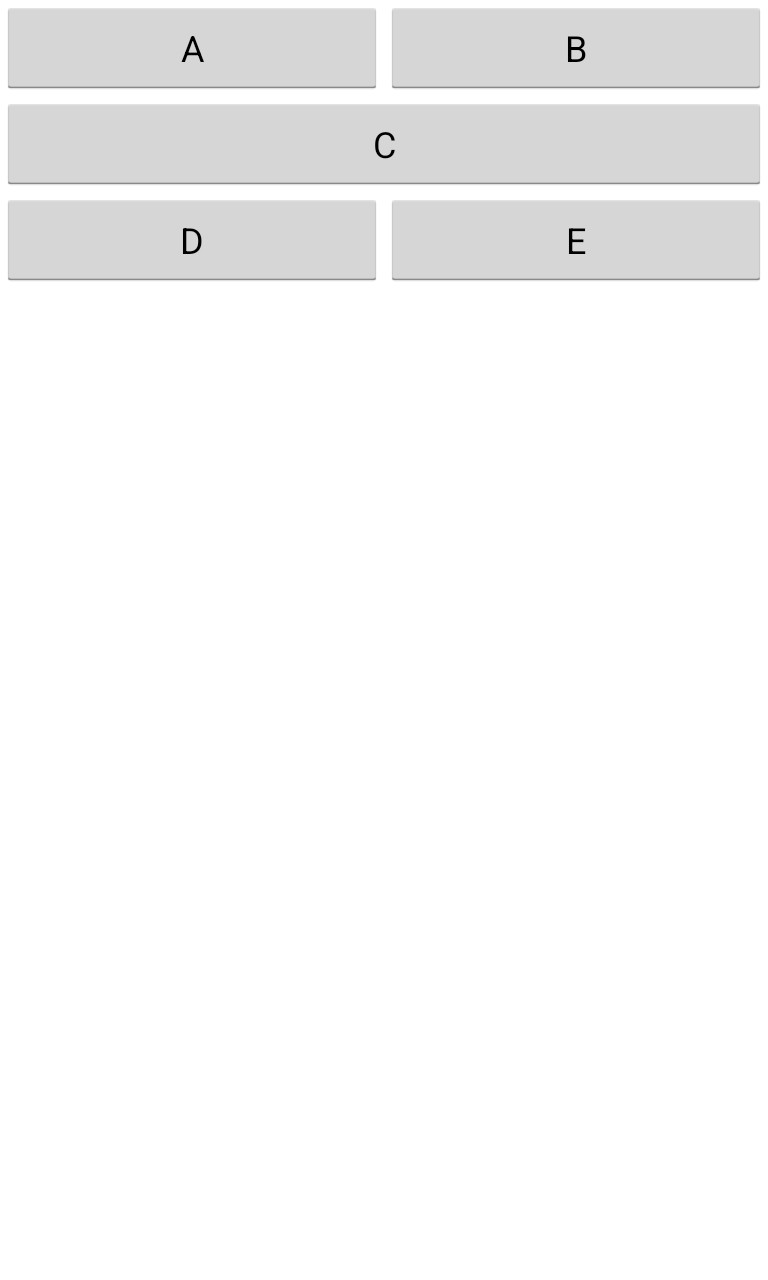
Repository: iracom/ejercicios-android
Layout: Layouts/res/layout/activity_relative.xml
These files come from the project's save history. The layout is drawn as it stood at one moment and after the next save; the edit follows.
It is drawn on a 768 x 1280 px phone screen (xhdpi) without system bars, with theme AppTheme; the app's code is not run.

Above is the layout before, as saved 2014-05-07 07:31:06.

After the next save:
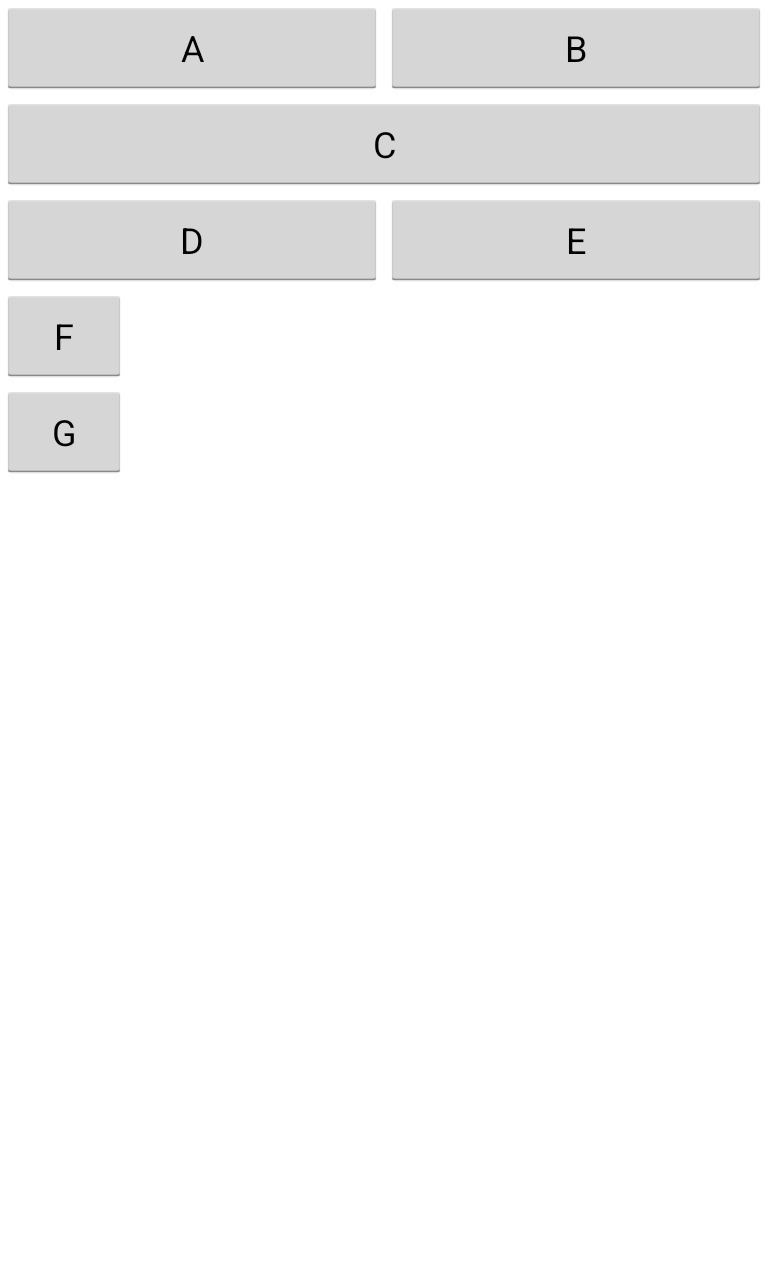
Saved 2 min 12 s later.
--- a/Layouts/res/layout/activity_relative.xml
+++ b/Layouts/res/layout/activity_relative.xml
@@ -32,11 +32,12 @@
         android:layout_height="wrap_content"
         android:layout_alignParentLeft="true"
         android:layout_alignParentRight="true"
+        android:layout_below="@+id/linearLayout1"
         android:layout_centerHorizontal="true"
-        android:layout_below="@+id/linearLayout1"
         android:text="@string/button_c" />
 
     <LinearLayout
+        android:id="@+id/linearLayout2"
         android:layout_width="match_parent"
         android:layout_height="wrap_content"
         android:layout_alignParentLeft="true"
@@ -56,6 +57,27 @@
             android:layout_height="wrap_content"
             android:layout_weight="1"
             android:text="@string/button_e" />
+    </LinearLayout>
+
+    <LinearLayout
+        android:layout_width="wrap_content"
+        android:layout_height="wrap_content"
+        android:layout_alignParentBottom="true"
+        android:layout_alignParentLeft="true"
+        android:layout_below="@+id/linearLayout2"
+        android:orientation="vertical" >
+
+        <Button
+            android:id="@+id/button6"
+            android:layout_width="match_parent"
+            android:layout_height="wrap_content"
+            android:text="@string/button_f" />
+
+        <Button
+            android:id="@+id/button7"
+            android:layout_width="match_parent"
+            android:layout_height="wrap_content"
+            android:text="@string/button_g" />
 
     </LinearLayout>
 
